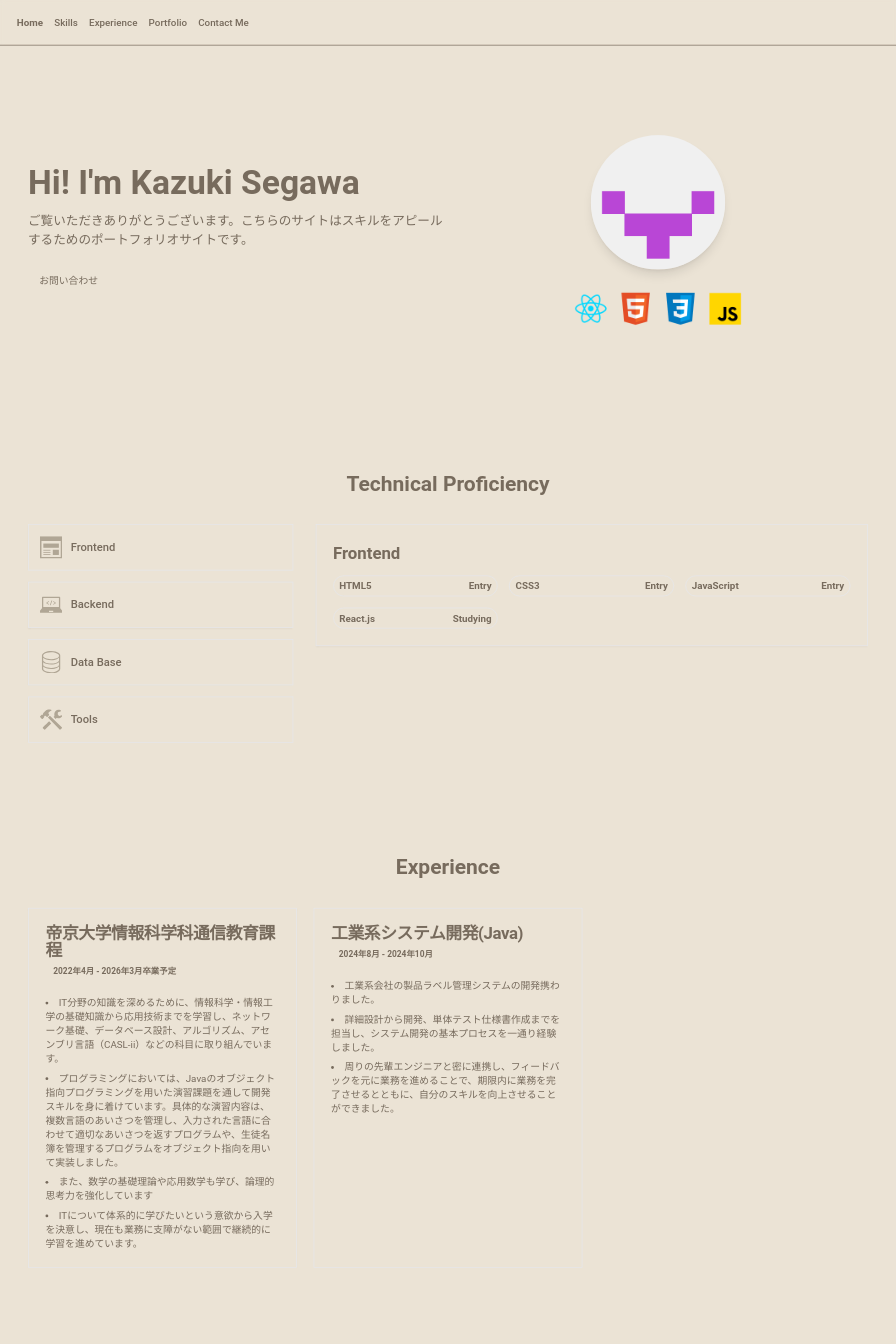
Repository: segawa74/SegawaSite
Page: /
An editor plug-in stored every save of this project. The page is shown before and after the next save, followed by the edit.
The browser window is 1280 px wide. The pictures show the part of the page from y = 0 to 1920 px (the page is 3056 px tall before and 720 px after), at 70% of full size.
The project was rebuilt for these pictures with package versions that can differ from the ones it lists, and the page was loaded fresh each time. Also part of the build but not shown: vite.config.ts.

Above is the page before, as saved 2024-10-23 19:03:59.

### src/main.tsx
import { StrictMode } from "react";
import { createRoot } from "react-dom/client";
import App from "./App.js";
import "./index.css";
import "slick-carousel/slick/slick.css";
import "slick-carousel/slick/slick-theme.css";

const rootElement = document.getElementById("root");

if (rootElement) {
  createRoot(rootElement).render(
    <StrictMode>
      <App />
    </StrictMode>
  );
} else {
  console.error("Root element not found");
}

### src/App.tsx
import "./App.css";
import Hero from "./components/Hero/Hero";
import Navbar from "./components/Navbar/Navbar";
import Skills from "./components/Skills/Skills";
import Experience from "./components/Experience/Experience";
import Portfolio from "./components/Portfolio/Portfolio";
import ContactMe from "./components/ContactMe/ContactMe";
import Footer from "./components/Footer/Footer";

function App() {
  return (
    <>
      <Navbar />
      <div className="container">
        <Hero />
        <Skills />
        <Experience />
        <Portfolio />
        <ContactMe />
      </div>
      <Footer />
    </>
  );
}

export default App;

### src/index.css
@import url("https://fonts.googleapis.com/css2?family=Material+Symbols+Outlined");

@tailwind base;
@tailwind components;
@tailwind utilities;

* {
  font-family: Roboto, 'Noto Sans JP', sans-serif;
  margin: 0;
  box-sizing: border-box;
}

body {

  color: #776B5D;
  background-color: #EBE3D5;
}

### src/App.css
.container {
  max-width: 1300px !important;
  margin: 0 auto;
  position: relative;
}

@media (max-width: 1300px) {
  .container {
    padding: 0 1.5rem;
  }
}

@media (max-width: 1380px) {
  .container {
    padding: 0 1.5rem;
  }
}

### src/components/Hero/Hero.tsx
import { Button } from "@/components/ui/button";
import { motion } from "framer-motion";

const techIcons = [
  { src: "/assets/images/img01.png", alt: "Technology 1" },
  { src: "/assets/images/img02.png", alt: "Technology 2" },
  { src: "/assets/images/img03.png", alt: "Technology 3" },
  { src: "/assets/images/img04.png", alt: "Technology 4" },
];

const Hero: React.FC = () => {
  return (
    <section id="hero" className="py-20 md:py-32 bg-background">
      <div className="container mx-auto px-4 flex flex-col md:flex-row items-center justify-between">
        <motion.div
          initial={{ opacity: 0, y: 20 }}
          animate={{ opacity: 1, y: 0 }}
          transition={{ duration: 0.5 }}
          className="md:w-1/2 mb-10 md:mb-0"
        >
          <h1 className="text-4xl md:text-5xl font-bold mb-4 text-foreground">
            Hi! I&apos;m Kazuki Segawa
          </h1>
          <p className="text-lg mb-6 text-muted-foreground">
            ご覧いただきありがとうございます。こちらのサイトはスキルをアピールするためのポートフォリオサイトです。
          </p>
          <Button asChild>
            <a href="#contact">お問い合わせ</a>
          </Button>
        </motion.div>

        <motion.div
          initial={{ opacity: 0, scale: 0.9 }}
          animate={{ opacity: 1, scale: 1 }}
          transition={{ duration: 0.5 }}
          className="md:w-1/2 flex flex-col items-center"
        >
          <div className="relative mb-8">
            <img
              src="/assets/images/identicon.png"
              alt="Kazuki Segawa"
              className="w-48 h-48 rounded-full shadow-lg"
            />
          </div>
          <div className="grid grid-cols-4 gap-4">
            {techIcons.map((icon, index) => (
              <motion.div
                key={index}
                initial={{ opacity: 0, y: 20 }}
                animate={{ opacity: 1, y: 0 }}
                transition={{ duration: 0.5, delay: index * 0.1 }}
              >
                <img
                  src={icon.src}
                  alt={icon.alt}
                  className="w-12 h-12 object-contain"
                />
              </motion.div>
            ))}
          </div>
        </motion.div>
      </div>
    </section>
  );
};

export default Hero;

### src/components/Experience/Experience.tsx
import { EXPERIENCE } from "../../utils/data";
import { Card, CardContent, CardHeader, CardTitle } from "@/components/ui/card";
import { Badge } from "@/components/ui/badge";

interface ExperienceDetails {
  title: string;
  date: string;
  responsibilities: string[];
}

const Experience: React.FC = () => {
  return (
    <section id="exp" className="py-20 bg-muted">
      <div className="container mx-auto px-4">
        <h2 className="text-3xl font-bold text-center mb-10">Experience</h2>
        <div className="grid gap-6 md:grid-cols-2 lg:grid-cols-3">
          {EXPERIENCE.map((item, index) => (
            <ExperienceCard key={index} details={item} />
          ))}
        </div>
      </div>
    </section>
  );
};

function ExperienceCard({ details }: { details: ExperienceDetails }) {
  return (
    <Card className="h-full">
      <CardHeader>
        <CardTitle>{details.title}</CardTitle>
        <Badge variant="secondary" className="w-fit">
          {details.date}
        </Badge>
      </CardHeader>
      <CardContent>
        <ul className="list-disc list-inside space-y-2">
          {details.responsibilities.map((item, index) => (
            <li key={index} className="text-sm text-muted-foreground">
              {item}
            </li>
          ))}
        </ul>
      </CardContent>
    </Card>
  );
}
export default Experience;

### src/components/Portfolio/Portfolio.tsx
import { useRef } from "react";
import "./Portfolio.css";
import { PORTFOLIO } from "../../utils/data";
import PortfolioCard from "./PortfolioCard/PortfolioCard";
import Slider from "react-slick";

interface PortfolioItem {
  title: string;
}

const Portfolio = () => {
  const sliderRef = useRef<Slider>(null);

  const settings = {
    dots: false,
    infinite: true,
    speed: 500,
    slidesToShow: 2,
    slidesToScroll: 1,
    arrows: true,
    responsive: [
      {
        breakpoint: 769,
        settings: {
          slidesToShow: 1,
          slidesToScroll: 1,
        },
      },
    ],
  };

  return (
    <section id="pf" className="portfolio-container">
      <h5>Portfolio</h5>

      <div className="portfolio-item">
        <Slider ref={sliderRef} {...settings}>
          {PORTFOLIO.map((item: PortfolioItem) => (
            <PortfolioCard key={item.title} details={item} />
          ))}
        </Slider>
      </div>
    </section>
  );
};

export default Portfolio;

### src/components/ContactMe/ContactMe.tsx
import "./ContactMe.css";
import ContactInfoCard from "./ContactInfoCard/ContactInfoCard";

const ContactMe: React.FC = () => {
  return (
    <section id="contact-me" className="contact-container">
      <h5>Contact Me</h5>

      <div className="contact-content">
        <ContactInfoCard
          iconUrl="./assets/images/email-icon.svg"
          text="segawa74dev@gmail.com"
        />
        <a
          href="https://github.com/segawa74"
          target="_blank"
          rel="noopener noreferrer"
        >
          <ContactInfoCard
            iconUrl="./assets/images/github-icon.svg"
            text="https://github.com/segawa74"
          />
        </a>
      </div>
    </section>
  );
};

export default ContactMe;

### src/components/Footer/Footer.tsx
import "./Footer.css";

const Footer: React.FC = () => {
  return <div className="footer"></div>;
};

export default Footer;

### src/components/ui/button.tsx
import * as React from "react"
import { Slot } from "@radix-ui/react-slot"
import { cva, type VariantProps } from "class-variance-authority"

import { cn } from "@/lib/utils"

const buttonVariants = cva(
  "inline-flex items-center justify-center gap-2 whitespace-nowrap rounded-md text-sm font-medium ring-offset-background transition-colors focus-visible:outline-none focus-visible:ring-2 focus-visible:ring-ring focus-visible:ring-offset-2 disabled:pointer-events-none disabled:opacity-50 [&_svg]:pointer-events-none [&_svg]:size-4 [&_svg]:shrink-0",
  {
    variants: {
      variant: {
        default: "bg-primary text-primary-foreground hover:bg-primary/90",
        destructive:
          "bg-destructive text-destructive-foreground hover:bg-destructive/90",
        outline:
          "border border-input bg-background hover:bg-accent hover:text-accent-foreground",
        secondary:
          "bg-secondary text-secondary-foreground hover:bg-secondary/80",
        ghost: "hover:bg-accent hover:text-accent-foreground",
        link: "text-primary underline-offset-4 hover:underline",
      },
      size: {
        default: "h-10 px-4 py-2",
        sm: "h-9 rounded-md px-3",
        lg: "h-11 rounded-md px-8",
        icon: "h-10 w-10",
      },
    },
    defaultVariants: {
      variant: "default",
      size: "default",
    },
  }
)

export interface ButtonProps
  extends React.ButtonHTMLAttributes<HTMLButtonElement>,
    VariantProps<typeof buttonVariants> {
  asChild?: boolean
}

const Button = React.forwardRef<HTMLButtonElement, ButtonProps>(
  ({ className, variant, size, asChild = false, ...props }, ref) => {
    const Comp = asChild ? Slot : "button"
    return (
      <Comp
        className={cn(buttonVariants({ variant, size, className }))}
        ref={ref}
        {...props}
      />
    )
  }
)
Button.displayName = "Button"

export { Button, buttonVariants }

### src/components/ui/card.tsx
import * as React from "react"

import { cn } from "@/lib/utils"

const Card = React.forwardRef<
  HTMLDivElement,
  React.HTMLAttributes<HTMLDivElement>
>(({ className, ...props }, ref) => (
  <div
    ref={ref}
    className={cn(
      "rounded-lg border bg-card text-card-foreground shadow-sm",
      className
    )}
    {...props}
  />
))
Card.displayName = "Card"

const CardHeader = React.forwardRef<
  HTMLDivElement,
  React.HTMLAttributes<HTMLDivElement>
>(({ className, ...props }, ref) => (
  <div
    ref={ref}
    className={cn("flex flex-col space-y-1.5 p-6", className)}
    {...props}
  />
))
CardHeader.displayName = "CardHeader"

const CardTitle = React.forwardRef<
  HTMLParagraphElement,
  React.HTMLAttributes<HTMLHeadingElement>
>(({ className, ...props }, ref) => (
  <h3
    ref={ref}
    className={cn(
      "text-2xl font-semibold leading-none tracking-tight",
      className
    )}
    {...props}
  />
))
CardTitle.displayName = "CardTitle"

const CardDescription = React.forwardRef<
  HTMLParagraphElement,
  React.HTMLAttributes<HTMLParagraphElement>
>(({ className, ...props }, ref) => (
  <p
    ref={ref}
    className={cn("text-sm text-muted-foreground", className)}
    {...props}
  />
))
CardDescription.displayName = "CardDescription"

const CardContent = React.forwardRef<
  HTMLDivElement,
  React.HTMLAttributes<HTMLDivElement>
>(({ className, ...props }, ref) => (
  <div ref={ref} className={cn("p-6 pt-0", className)} {...props} />
))
CardContent.displayName = "CardContent"

const CardFooter = React.forwardRef<
  HTMLDivElement,
  React.HTMLAttributes<HTMLDivElement>
>(({ className, ...props }, ref) => (
  <div
    ref={ref}
    className={cn("flex items-center p-6 pt-0", className)}
    {...props}
  />
))
CardFooter.displayName = "CardFooter"

export { Card, CardHeader, CardFooter, CardTitle, CardDescription, CardContent }

### src/components/ui/badge.tsx
import * as React from "react"
import { cva, type VariantProps } from "class-variance-authority"

import { cn } from "@/lib/utils"

const badgeVariants = cva(
  "inline-flex items-center rounded-full border px-2.5 py-0.5 text-xs font-semibold transition-colors focus:outline-none focus:ring-2 focus:ring-ring focus:ring-offset-2",
  {
    variants: {
      variant: {
        default:
          "border-transparent bg-primary text-primary-foreground hover:bg-primary/80",
        secondary:
          "border-transparent bg-secondary text-secondary-foreground hover:bg-secondary/80",
        destructive:
          "border-transparent bg-destructive text-destructive-foreground hover:bg-destructive/80",
        outline: "text-foreground",
      },
    },
    defaultVariants: {
      variant: "default",
    },
  }
)

export interface BadgeProps
  extends React.HTMLAttributes<HTMLDivElement>,
    VariantProps<typeof badgeVariants> {}

function Badge({ className, variant, ...props }: BadgeProps) {
  return (
    <div className={cn(badgeVariants({ variant }), className)} {...props} />
  )
}

export { Badge, badgeVariants }

### src/components/Portfolio/Portfolio.css
.portfolio-container {
  margin: 8rem 0;
  position: relative;
}

.portfolio-container h5 {
  font-size: 1.5rem;
  font-weight: 600;
  margin-bottom: 3rem;
}

.portfolio-item {
  background: #EBE3D5;
  border-radius: 0.65rem;
  border: 1.5px solid #776B5D;
  padding: 1.5rem;
  margin: 0 1rem;
}

.portfolio-item h6 {
  font-size: 1.05rem;
  font-weight: 500;
  margin-bottom: 0.7rem;
}

.portfolio-item ul li {
  list-style: none;
  font-size: 0.8rem;
  font-weight: 400;
  margin-bottom: 0.5rem;
  position: relative;
}

@media (max-width: 768px) {
  .portfolio-item {
    margin: 0;
  }

  .portfolio-item h6 {
    font-size: 0.95rem;
  }

  .portfolio-item ul li {
    font-size: 0.75rem;
  }

  .portfolio-container {
    margin: 4rem 0;
  }

  .portfolio-container h5 {
    font-size: 1.3rem;
    margin-bottom: 2rem;
  }
}

### src/components/Portfolio/PortfolioCard/PortfolioCard.tsx
import "./PortfolioCard.css";

interface PortfolioCardProps {
  details: {
    link: string;
    title: string;
    img: string;
    comment?: string;
  };
}

const PortfolioCard: React.FC<PortfolioCardProps> = ({ details }) => {
  return (
    <div className="portfolio-card">
      <a href={details.link} target="_blank" rel="noopener noreferrer">
        <h6>{details.title}</h6>

        <img src={details.img} alt={details.title} />
        {details.comment}
      </a>
    </div>
  );
};

export default PortfolioCard;

### src/components/ContactMe/ContactMe.css
.contact-container {
  margin: 4rem 0;
  position: relative;
}

.contact-container h5 {
  font-size: 1.5rem;
  font-weight: 600;
  margin-bottom: 3rem;
}

.contact-content {
  display: grid;
  grid-template-columns: repeat(2, 1fr);
  gap: 3rem;
}


.contact-content a {
  color: inherit;
  text-decoration: none;
}

@media (max-width: 768px) {
  .contact-content {
    grid-template-columns: 1fr;
  }

  .contact-container h5 {
    font-size: 1.3rem;
    margin-bottom: 1.5rem;
  }
}

### src/components/ContactMe/ContactInfoCard/ContactInfoCard.tsx
import "./ContactInfoCard.css";

interface ContactInfoCardProps {
  iconUrl: string;
  text: string;
}

const ContactInfoCard: React.FC<ContactInfoCardProps> = ({ iconUrl, text }) => {
  return (
    <div className="contact-details-card">
      <div className="icon">
        <img src={iconUrl} alt={text} />
      </div>
      <p>{text}</p>
    </div>
  );
};

export default ContactInfoCard;

### src/components/Footer/Footer.css
.footer {
    font-size: 0.8rem;
    text-align: center;
    background: #776B5D;
    padding: 1rem;
}

### src/components/Portfolio/PortfolioCard/PortfolioCard.css
.portfolio-card {
    background: #EBE3D5;
    border-radius: 0.65rem;
    border: 1.5px solid #776B5D;
    padding: 1.5rem;
    margin: 0 1rem;
}

.portfolio-card h6 {
    font-size: 1.05rem;
    font-weight: 500;
    margin-bottom: 0.7rem;
}

.portfolio-card ul li {
    list-style: none;
    font-size: 0.8rem;
    font-weight: 400;
    margin-bottom: 0.5rem;
    position: relative;
}

.portfolio-card img {
    width: 100%;
    border-radius: 0.65rem;
    border: 1.5px solid #776B5D;
}

.portfolio-card a {
    color: inherit;
    text-decoration: none;
}

@media (max-width: 768px) {
    .portfolio-card {
        margin: 0;
    }

    .portfolio-card h6 {
        font-size: 0.95rem;
    }

    .portfolio-card ul li {
        font-size: 0.75rem;
    }
}

### src/components/ContactMe/ContactInfoCard/ContactInfoCard.css
.contact-details-card {
  display: flex;
  flex-direction: column;
  align-items: center;
  justify-content: space-around;
  background: #EBE3D5;
  border-radius: 0.65rem;
  border: 1.5px solid #776B5D;
  padding: 1.5rem;
  margin-bottom: 2rem;
}

.contact-details-card .icon {
  width: 4rem;
  height: 4rem;
  display: flex;
  align-items: center;
  justify-content: center;
  border-radius: 0.5rem;
  background: #EBE3D5;
  border-radius: 0.65rem;
  border: 1.5px solid #776B5D;
  margin-bottom: 0.8rem;
}

.icon img {
  width: 1.8rem;
  height: auto;
  object-fit: contain;
}

.contact-details-card p {
  font-size: 0.9rem;
  font-weight: 400;
  text-align: center;
}

@media (max-width: 400px) {
  .contact-details-card p {
    font-size: 0.8rem;
  }
}

Loaded but not shown: index.html (common file); src/lib/utils.ts (common file); tailwind.config.js (57 lines, source omitted); src/components/ui/sheet.tsx (138 lines, source omitted); src/components/Skills/Skills.tsx (101 lines, source omitted); src/utils/data.ts (101 lines, source omitted); src/components/Navbar/Navbar.tsx (84 lines, source omitted)

After the next save:
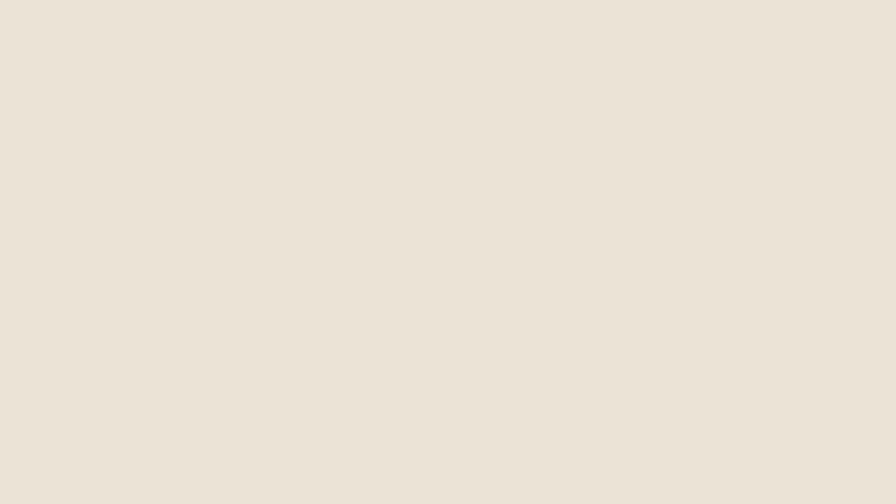
Console error: ReferenceError: Slider is not defined
Saved 2 min 25 s later.
--- a/src/components/Portfolio/Portfolio.tsx
+++ b/src/components/Portfolio/Portfolio.tsx
@@ -1,8 +1,15 @@
 import { useRef } from "react";
-import "./Portfolio.css";
+import {
+  Card,
+  CardContent,
+  CardFooter,
+  CardHeader,
+  CardTitle,
+} from "@/components/ui/card";
+import { Button } from "@/components/ui/button";
+import { ChevronLeft, ChevronRight } from "lucide-react";
+import { useEmblaCarousel } from "embla-carousel-react";
 import { PORTFOLIO } from "../../utils/data";
-import PortfolioCard from "./PortfolioCard/PortfolioCard";
-import Slider from "react-slick";
 
 interface PortfolioItem {
   title: string;

After the 5 saves that followed:
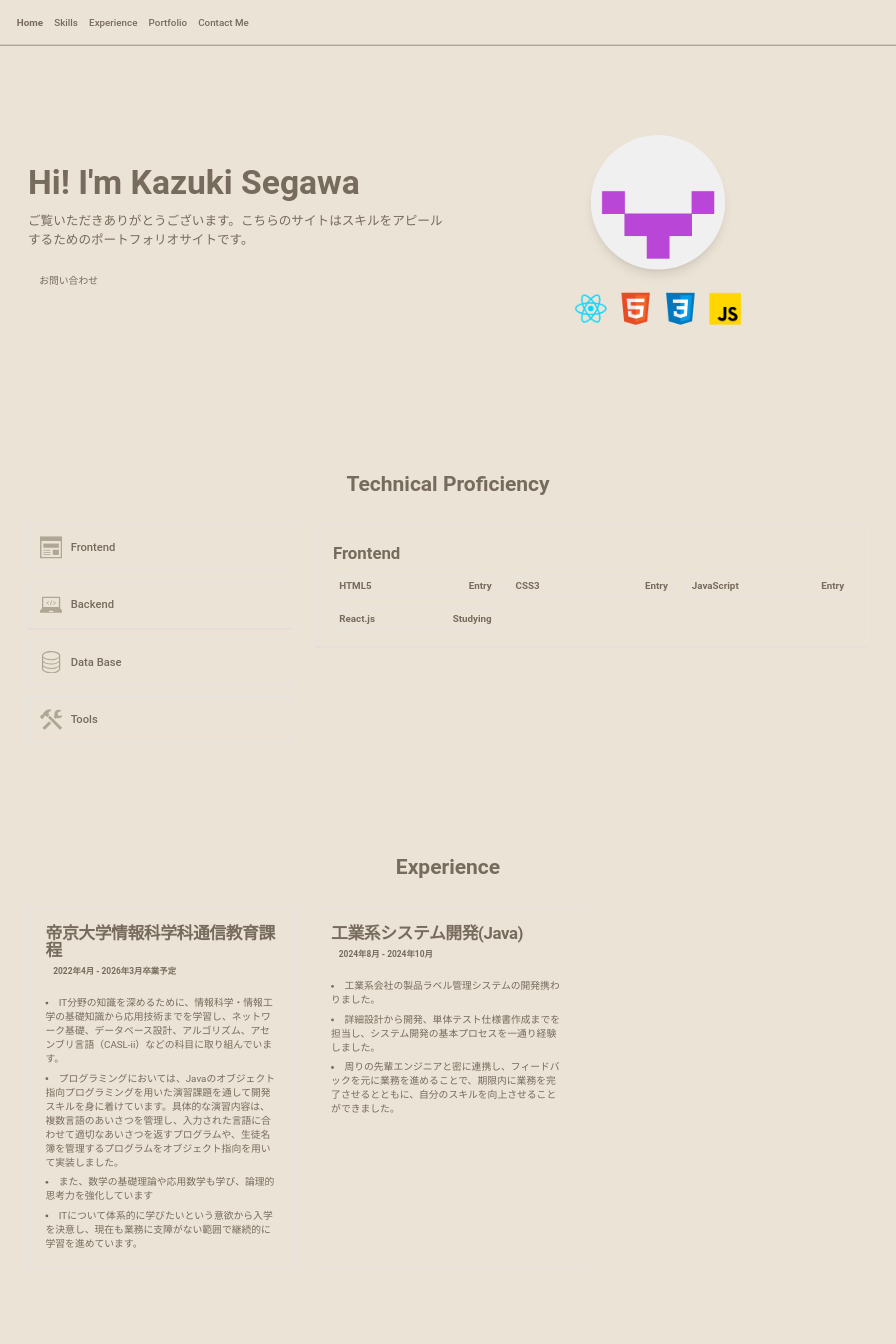
The error is gone.
The 5 saves are shown as one change because 4 left the picture as it was.
The last was saved 4 min 18 s later.
--- a/src/components/Portfolio/Portfolio.tsx
+++ b/src/components/Portfolio/Portfolio.tsx
@@ -1,4 +1,4 @@
-import { useRef } from "react";
+import * as React from "react";
 import {
   Card,
   CardContent,
@@ -8,47 +8,92 @@
 } from "@/components/ui/card";
 import { Button } from "@/components/ui/button";
 import { ChevronLeft, ChevronRight } from "lucide-react";
-import { useEmblaCarousel } from "embla-carousel-react";
+import useEmblaCarousel from "embla-carousel-react";
 import { PORTFOLIO } from "../../utils/data";
 
 interface PortfolioItem {
   title: string;
+  link: string;
+  img: string;
+  comment?: string;
 }
 
 const Portfolio = () => {
-  const sliderRef = useRef<Slider>(null);
+  const [emblaRef, emblaApi] = useEmblaCarousel({ loop: false });
 
-  const settings = {
-    dots: false,
-    infinite: true,
-    speed: 500,
-    slidesToShow: 2,
-    slidesToScroll: 1,
-    arrows: true,
-    responsive: [
-      {
-        breakpoint: 769,
-        settings: {
-          slidesToShow: 1,
-          slidesToScroll: 1,
-        },
-      },
-    ],
-  };
+  const scrollPrev = React.useCallback(() => {
+    if (emblaApi) emblaApi.scrollPrev();
+  }, [emblaApi]);
+
+  const scrollNext = React.useCallback(() => {
+    if (emblaApi) emblaApi.scrollNext();
+  }, [emblaApi]);
 
   return (
-    <section id="pf" className="portfolio-container">
-      <h5>Portfolio</h5>
-
-      <div className="portfolio-item">
-        <Slider ref={sliderRef} {...settings}>
-          {PORTFOLIO.map((item: PortfolioItem) => (
-            <PortfolioCard key={item.title} details={item} />
-          ))}
-        </Slider>
+    <section id="pf" className="py-20 bg-background">
+      <div className="container mx-auto px-4">
+        <h2 className="text-3xl font-bold text-center mb-10">Portfolio</h2>
+        <div className="relative">
+          <div className="overflow-hidden" ref={emblaRef}>
+            <div className="flex">
+              {PORTFOLIO.map((item, index) => (
+                <div
+                  key={index}
+                  className="flex-[0_0_100%] min-w-0 pl-4 md:flex-[0_0_50%]"
+                >
+                  <PortfolioCard details={item} />
+                </div>
+              ))}
+            </div>
+          </div>
+          <Button
+            variant="outline"
+            size="icon"
+            className="absolute top-1/2 left-4 -translate-y-1/2"
+            onClick={scrollPrev}
+          >
+            <ChevronLeft className="h-4 w-4" />
+          </Button>
+          <Button
+            variant="outline"
+            size="icon"
+            className="absolute top-1/2 right-4 -translate-y-1/2"
+            onClick={scrollNext}
+          >
+            <ChevronRight className="h-4 w-4" />
+          </Button>
+        </div>
       </div>
     </section>
   );
 };
 
+function PortfolioCard({ details }: { details: PortfolioItem }) {
+  return (
+    <Card className="h-full">
+      <CardHeader>
+        <CardTitle>{details.title}</CardTitle>
+      </CardHeader>
+      <CardContent>
+        <img
+          src={details.img}
+          alt={details.title}
+          className="w-full h-48 object-cover rounded-md"
+        />
+        {details.comment && (
+          <p className="mt-4 text-sm text-muted-foreground">
+            {details.comment}
+          </p>
+        )}
+      </CardContent>
+      <CardFooter>
+        <Button asChild>
+          <a href={details.link} target="_blank" rel="noopener noreferrer">
+            View Project
+          </a>
+        </Button>
+      </CardFooter>
+    </Card>
+  );
+}
 export default Portfolio;
